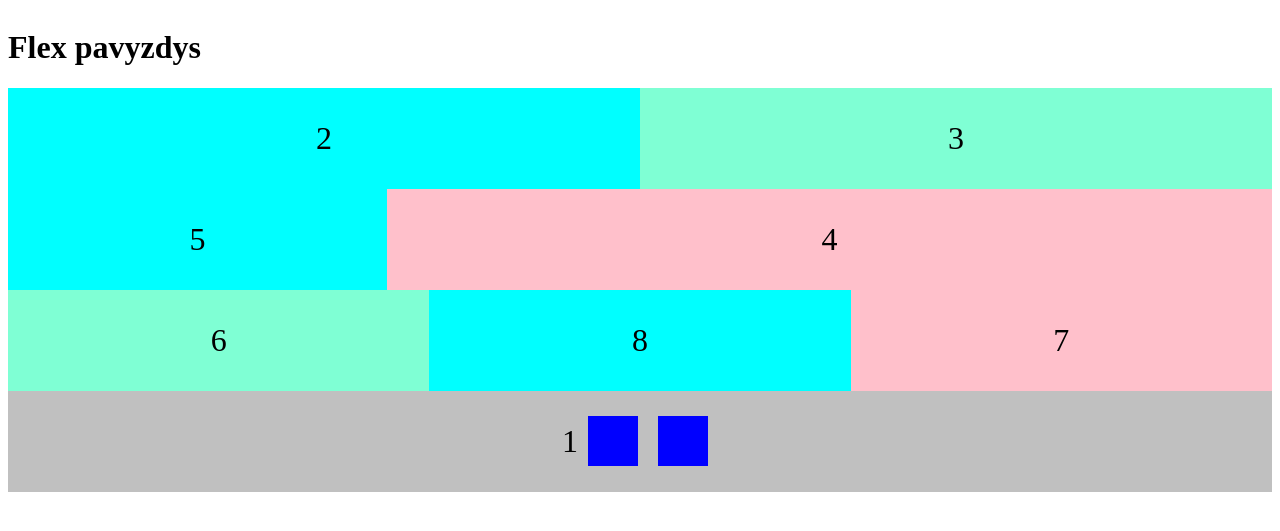
Repository: motiejus1/06-paskaita-invest
Page: index.html
These files come from the project's save history. The page is drawn as it stood at one moment and after a run of saves; the edit follows.
The browser window is 1280 px wide. The pictures show the whole page.

Above is the page before, as saved 2021-06-09 20:12:46.

### index.html
<!DOCTYPE html>
<html lang="en">
<head>
    <meta charset="UTF-8">
    <meta http-equiv="X-UA-Compatible" content="IE=edge">
    <meta name="viewport" content="width=device-width, initial-scale=1.0">
    <title>Sesta paskaita</title>
    <style>

* {
            box-sizing: border-box;
        }

        .col-1 {
            width: 8.33%;
        }

        .col-2 {
            width: 16.66%;
        }

        .col-3 {
            width: 25%;
        }

        .col-4 {
            width: 33.33%;
        }

        .col-5 {
            width: 41.66%;
        }

        .col-6 {
            width: 50%;
        }

        .col-7 {
            width: 58.33%;
        }

        .col-8 {
            width: 66.66%;
        }

        .col-9 {
            width:75%;
        }

        .col-10 {
            width: 83.33%;
        }

        .col-11 {
            width: 91.66%;
        }

        .col-12 {
            width: 100%;
        }

        [class*="col-"] {
            float:left;
        }


        .flex-container {
            display: flex;
            flex-direction:row;
            flex-wrap:wrap;
        }

        .flex-item-1 {
            width: 100%;
            background-color: silver;
        }

        .flex-item-2, .flex-item-3 {
            width: 50%;
        }

        .flex-item-4 {
            width: 70%;
        }

        .flex-item-5 {
            width: 30%;
        }

        .flex-item-6, .flex-item-7, .flex-item-8 {
            width: 33.33%;
        }

        .flex-item-1 {
            order: 1001;
        }

        .flex-item-2 {
            order: 202;
        }

        .flex-item-3 {
            order: 203;
        }

        .flex-item-4 {
            order: 205;
        }

        .flex-item-5 {
            order: 204;
        }

        .flex-item-6 {
            order: 206;
        }

        .flex-item-7 {
            order: 208;
        }

        .flex-item-8 {
            order: 207;
        }


        .zydra {
            background-color:aqua;
        }

        .zalsva {
            background-color: aquamarine;
        }

        .rozine {
            background-color: pink;
        }

        p {
            font-size: 32px;
        }

        .kvadratelis {
            width: 50px;
            height: 50px;
            background-color: blue;
            margin: 10px;
        }

        [class*="flex-item-"] {
               display:flex;
               justify-content: center;
               align-items: center;
            }

        @media screen and (max-width: 720px) {
            .flex-container {
                flex-direction:column;
                flex-wrap: wrap;
            }

            [class*="flex-item-"] {
                width: 100%;
                order: 1;
            }
        }

    </style>
</head>
<body>
    <div class="container">

        <div class="row"> <!--12 stulpeliu  -->
            <div class="col-12"><!-- 12 stulpeliu -->

                <h1>Flex pavyzdys</h1>

                <!--flex -->
                <div class="flex-container">
                    <div class="flex-item-1">
                        <p>1</p>
                        <div class="kvadratelis">
                        </div>
                        <div class="kvadratelis">
                        </div>
                    </div>
                    <div class="flex-item-2 zydra">
                        <p>2</p>
                    </div>
                    <div class="flex-item-3 zalsva"><p>3</p></div>
                    <div class="flex-item-4 rozine"><p>4</p></div>
                    <div class="flex-item-5 zydra"><p>5</p></div>
                    <div class="flex-item-6 zalsva"><p>6</p></div>
                    <div class="flex-item-7 rozine"><p>7</p></div>
                    <div class="flex-item-8 zydra"><p>8</p></div>
                    <!-- <div class="flex-item-9"><p>9</p></div> -->

                    <!-- <h1 class="tekstas">Flex tekstas</h1> -->
                    <!--flex -->
                </div>
            </div>
        </div>




    </div>
</body>
</html>

After the next 2 saves:
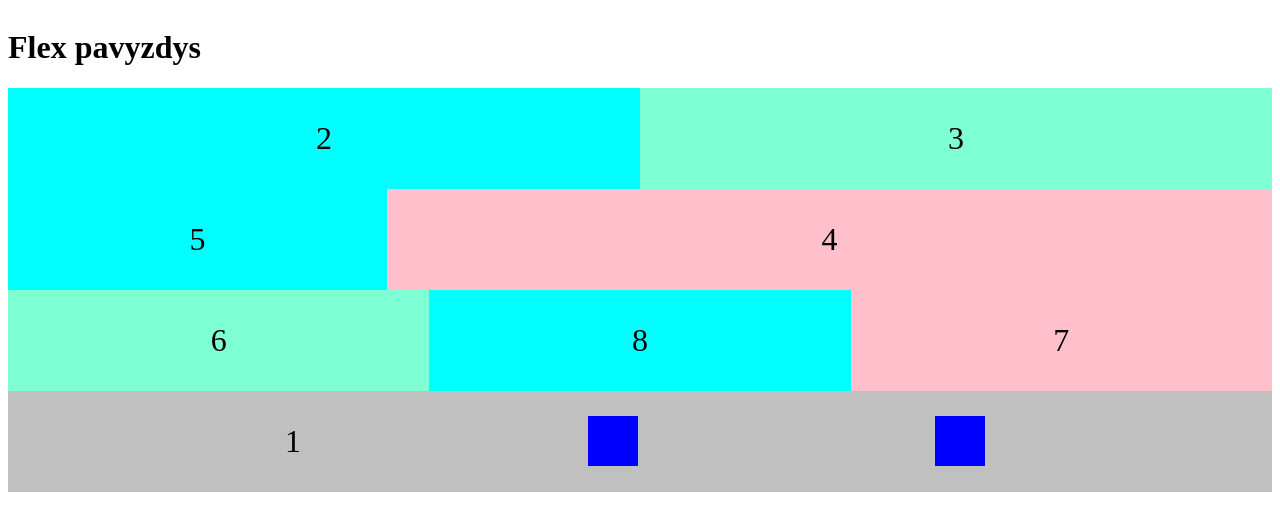
The 2 saves are shown as one change because they came seconds apart.
The last was saved 68 s later.
--- a/index.html
+++ b/index.html
@@ -149,7 +149,7 @@
 
         [class*="flex-item-"] {
                display:flex;
-               justify-content: center;
+               justify-content: space-evenly;
                align-items: center;
             }
 
